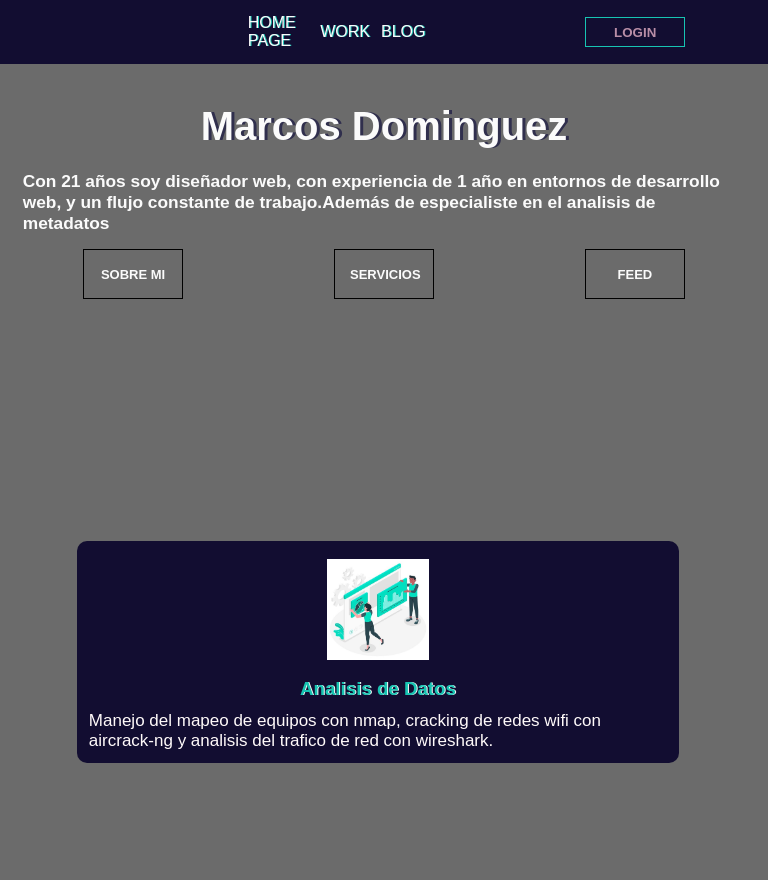
Repository: Sxcram02/Portfolio2
Page: http://localhost/
The author's editor kept a copy of each file at every save. The page is drawn from the files as they stood at one save, then again after the next save.
The browser window is 768 px wide. The pictures show the whole page.
Some web fonts or font styles are not loaded; a fallback is used. The page is run by PHP 8.4 with error messages shown; the project is at /var/www/html/.

Above is the page before, as saved 2023-05-14 17:49:33.

### index.php
<?php
include("./public/objects/clases.inc.php");

session_start();

if ($_SERVER['REQUEST_METHOD'] == 'POST' and isset($_POST['LOGIN'])) {
    $logIn = $_POST['LOGIN'];
    if (isset($logIn)) {
        $_SESSION['user'] = $sesion;
        header("Location: ./public/src/login.php");
        exit();
    }
}


?>
<!DOCTYPE html>
<html lang="es">

<head>
    <meta charset="UTF-8">
    <meta http-equiv="X-UA-Compatible" content="IE=edge" />
    <meta name="viewport" content="width=device-width, initial-scale=1.0" />
    <link rel="shortcut icon" href="media/logo2.png" type="image/x-icon" />
    <link rel="stylesheet" href="styles/index.css" type="text/css" />
    <link rel="stylesheet" href="https://unpkg.com/boxicons@latest/css/boxicons.min.css">
    <title>Home Page</title>
</head>

<body>
    <div id="root">
        <header class="box-nav-bar">
            <a href="/index.php"><h3 class="nav-title">M a r c o s</h3></a>
            <nav class="nav-bar">
                <ul>
                    <a href="index.php"><li>Home Page</li></a>
                    <a href="/public/src/assets/work.php"><li>Work</li></a>
                    <a href="/public/src/assets/blog.php"><li>Blog</li></a>
                </ul>
            </nav>
            <form action="#" method="POST">
                <input type="submit" name="LOGIN" id="LOGIN" value="login" />
            </form>
        </header>
        <main class="container">
        <script src="/public/funciones/funciones.inc.js"></script>
            <section id="home_page">
                <article class="box-name">
                    <h1 class="title">Hola!,Yo soy</h1>
                    <label id="box-ui-ux">UI/UX</label>
                </article>
                <h2 class="title">Marcos Dominguez</h2>
                <article class="box-presentation">
                    <p>Con 21 años soy diseñador web, con experiencia de 1 año en entornos de desarrollo web, y un flujo constante de trabajo.Además de especialiste en el analisis de metadatos</p>
                    <div class="box-inputs">
                        <button onclick="mostrarApartado('box-services','box-aboutMe')">Sobre Mi</button>
                        <button onclick="mostrarApartado('box-aboutMe','box-services')">Servicios</button>
                        <a href="./public/src/assets/feed.xml" target="_blank" rel="noopener noreferrer"><button>Feed</button></a>
                    </div>
                </article>
            </section>
            <section id="box-services">
                <div id="services">
                    <article id="analisisDatos">
                        <img src="./media/Ilustración del concepto de análisis de configuración Vector Gratis.jpeg" alt="analisisDatos" />
                        <h3>Analisis de Datos</h3>
                        <p>Manejo del mapeo de equipos con nmap, cracking de redes wifi con aircrack-ng y analisis del trafico de red con wireshark.</p>
                    </article>
                    <article>
                        <img src="./media/Estudio socioeconómico para qué sirve, partes y ejemplo.png" alt="" />
                        <h3>Administrador de Sistemas</h3>
                        <p>Supervisión del flujo de datos entre los usuarios de una red y mantenimiento del sistema</p>
                    </article>
                    <article>
                        <img src="./media/Tips To Help Designers Work Better With Coders - Web Design Ledger.jpeg" alt="" />
                        <h3>Desarrollador Web</h3>
                        <p>Control en la programación de PHP con MySQL o MongoDB, diseñador con HTML5, CSS3 o React con JavaScript</p>
                    </article>
                    <article>
                        <img src="./media/superkid-robot-copy.gif" alt="superRobot" id="robot3D" />
                        <h3>Modelador 3D</h3>
                        <p>Modelador 3D de diseño aplicados a la web con Spline, y en modelos mas complejos 3dsMax y Zbrush</p>
                    </article>
                </div>
            </section>
            <section id="box-aboutMe">
                <div id="aboutMe">
                    <h1>Cronología</h1>
                    <hr class="hr" />
                    <article class="box-signatures">
                        <div class="signature1">
                            <i class='bx bx-radio-circle-marked' style='color:#17c3b2'></i>
                            <h3>Titulación ESO y BACHILLER</h3>
                            <img src="./media/chesterton.jpeg" alt="colegio1">
                            <img src="./media/agustinos.jpeg" alt="colegio2">
                            <p>2013-2020</p>
                        </div>
                        <div class="signature2">
                            <i class='bx bx-radio-circle-marked' style='color:#17c3b2'></i>
                            <h3>2º Años en Grado de Derecho</h3>
                            <img src="./media/unir.jpg" alt="universidad">
                            <p>2021-2022</p>
                        </div>
                        <div class="signature3">
                            <i class='bx bx-radio-circle-marked' style='color:#17c3b2'></i>
                            <h3>Grado Superior DAW</h3>
                            <img src="./media/cifp.png" alt="centroFormativo">
                            <p>2022-2024</p>
                        </div>
                        <div class="signature4">
                            <i class='bx bx-radio-circle-marked' style='color:#17c3b2'></i>
                            <h3>Curso de Git</h3>
                            <img src="./media/angulo.jpg" alt="CentroPrivado">
                            <p>2023-2023</p>
                        </div>
                        <div class="signature5">
                            <i class='bx bx-radio-circle-marked' style='color:#17c3b2'></i>
                            <h3>Curso de Animacion 3D</h3>
                            <img src="./media/comercio.png" alt="EntidadPublica">
                            <p>2023-2023</p>
                        </div>
                    </article>
                </div>
            </section>
            <section id="my_photo"></section>
        </main>
    </div>

</body>

</html>

### styles/index.css

/* -----------------------------------------------------------*/
/* -----------------------------------------------------------*/
/* AJUSTES GENERALES */
/* 1. HEADER
/* 2. PRIMERA PAGINA
/*  2.1 SECCION 1
/*  2.2 SECCION 2
/*  2.3 SECCION 3
/*  2.4 SECCION 4
/* 3. PAGINA DE MIS TRABAJOS
/* 4. PAGINA DE MI BLOG
/* 5. PAGINA FORMULARIO LOGIN
/* 6. PAGINA CREAR POST
/* -----------------------------------------------------------*/
/* -----------------------------------------------------------*/

* {
    margin: 0;
    padding: 0;
    list-style: none;
    box-sizing: border-box;
    font-family: 'Poppins', sans-serif;
}

a, a:active, a:visited, a:enabled {
    color: var(--blanco);
    text-decoration: none;
}

@font-face {
    font-family: 'Poppins';
    src: url("../fonts/*");
}

:root {
    --violeta-ruso: #120D31;
    --cadet-space: #302F4D;
    --verde-claro-oceano:#17C3B2;
    --indigo-tropical:#9395D3;
    --blanco:#FBFBFB;
}

body {
    display: flex;
    flex-direction: column;
    align-items: center;
    justify-content: space-between;
}

#root {
    width: 100vw;
    height: 100vh;
}


/* -----------------------------------------------------------*/
/* -----------------------------------------------------------*/
/* HEADER */
/* -----------------------------------------------------------*/
/* -----------------------------------------------------------*/

.box-nav-bar {
    width: 100vw;
    height: 4rem;
    padding: 1%;
    background-color: var(--violeta-ruso);
    color: snow;
    display: flex;
    align-items: center;
    justify-content: space-between;
}

.nav-title {
    text-shadow: 1px 0px 0px var(--verde-claro-oceano);
    text-transform: uppercase;
    font-size: 20px;
    font-weight: 700;
    cursor: pointer;
}

.nav-bar ul {
    text-transform: uppercase;
    width: 350px;
    font-size: 20px;
    display: flex;
    align-items: center;
    justify-content: space-around;
}

.nav-bar ul li {
    cursor: pointer;
    text-shadow: 1px 0px 0px var(--verde-claro-oceano);
}

.nav-bar ul li:hover {
    color: var(--verde-claro-oceano);
    text-shadow: 1px 0px 0px var(--indigo-tropical);
    transition: all 0.5s;
}

#LOGIN {
    width: 125px;
    height: 30px;
    margin: 2%;
    color: #B98EA7;
    background: none;
    border: 1px solid var(--verde-claro-oceano);
    text-transform: uppercase;
    font-weight: 800;
    cursor: pointer;
}

#LOGIN:hover {
    background-color: var(--verde-claro-oceano);
    color: var(--blanco);
    transition: all 0.3s;
}

@media screen and (max-width:800px) {
    .box-nav-bar {
        justify-content: space-around;
    }

    .nav-title {
        display: none;
    }

    .nav-bar ul {
        width: 100%;
        justify-content: flex-start;
        font-size: 16px;
    }

    .nav-bar ul li {
        margin: 0 5%;
    }

    .nav-bar ul a {
        margin: 1%;
        padding: 2%;
    }

    #LOGIN {
        width: 100px;
        margin-right: 5%;
    }
}

/* -----------------------------------------------------------*/
/* -----------------------------------------------------------*/
/* PRIMERA PÁGINA */
/* -----------------------------------------------------------*/
/* -----------------------------------------------------------*/

.container {
    width: 100%;
    display: grid;
    grid-template-columns: repeat(3,1fr);
    grid-template-rows: repeat(2,1fr);
}

.container section {
    width: 100%;
    height: 100%;
}

@media screen and (max-width:800px) {

    #root {
        height: 110vh;
        overflow-x: hidden;
    }

    .container {
        width: 100%;
        height: 93%;
        display: flex;
        flex-direction: column;
        justify-content: space-around;
        background-color: rgba(0, 0, 0, 0.579);
        color: #FBFBFB;
    }

    #home-page {
        height: 60vh;
    }

    #home_page .box-presentation {
        flex-direction: column;
    }

    #home_page .box-presentation p {
        width: 100%;
    }

    #home_page .box-name {
        display: none;
    }

    #home_page .box-inputs {
        width: 100%;
        justify-content: space-around;
    }

    #home_page .box-inputs button {
        width: 100px;
        font-size: 13px;
        color: #FBFBFB;
    }

    #box-services {
        height: 50vh;
        padding: 10%;
    }

    #services {
        width: 100%;
        height: 100%;
        display: flex;
        align-items: center;
        flex-direction: column;
        overflow-y: scroll;
    }

    .container #services article {
        width: 100%;
        margin-bottom: 5%;
        padding: 1%;
    }

    .container #services article:hover {
        animation: none;
    }

    #box-aboutMe {
        height: 50%;

    }

    #my_photo {
        display: none;
    }



}

/* -----------------------------------------------------------*/
/* -----------------------------------------------------------*/
/* SECCION 1 */
/* -----------------------------------------------------------*/
/* -----------------------------------------------------------*/

#home_page {
    height: 40vh;
    grid-column: 1/3;
    grid-row: 1/2;
    padding: 1%;
    display: flex;
    flex-direction: column;
    align-items: center;
}

.box-name {
    width: 70%;
    margin: 1%;
    text-align: center;
    display: flex;
    align-items: center;
}

.title {
    padding: 1%;
    font-size: 40px;
    font-weight: 800;
    text-shadow: 3px 0px 0px var(--cadet-space);
}

#box-ui-ux {
    width: 75px;
    height: 35px;
    padding: 1%;
    text-align: center;
    font-size: 15px;
    font-weight: 800;
    color: snow;
    background: linear-gradient(180deg, var(--indigo-tropical),var(--verde-claro-oceano));
    border-radius: 20px;
}

.box-presentation {
    display: flex;
    align-items: center;
}

.box-presentation p {
    width: 50%;
    padding: 2%;
    font-size: 13pt;
    font-weight: 600;
}

.box-inputs {
    width: 50%;
    display: flex;
    align-items: center;
    justify-content: space-around;
}

.box-inputs button {
    width: 150px;
    height: 50px;
    padding: 2%;
    border: 1px solid black;
    background: none;
    font-size: 15pt;
    font-weight: 800;
    text-transform: uppercase;
    cursor: pointer;
}

.box-inputs button:hover {
    background-color: var(--verde-claro-oceano);
    box-shadow: 0px 0px 7px var(--indigo-tropical);
    transition: all 0.3s;
}


/* -----------------------------------------------------------*/
/* -----------------------------------------------------------*/
/* SECCION 2 */
/* -----------------------------------------------------------*/
/* -----------------------------------------------------------*/

#box-services {
    grid-column: 1/3;
    grid-row: 2/3;
    width: 100%;
}

#services {
    padding: 1%;
    color: snow;
    display: flex;
}

#services img {
    width: 125px;
    height: 125px;
    padding: 2%;
}

#services article {
    width: 50%;
    height: 100%;
    margin-right: 2%;
    padding: 2%;
    background-color: var(--violeta-ruso);
    border-radius: 10px;
    display: flex;
    flex-direction: column;
    align-items: center;
    text-align: center;
    cursor: pointer;
}

#services article:hover {
    background-color: var(--cadet-space);
    box-shadow: 0px 0px 5px var(--verde-claro-oceano);
    animation: goUp 1.5s both;
    transition: all 0.4s;
}

@keyframes goUp {
    to {
        translate: 0 -20%;
    }
}

#services article h3 {
    color: var(--verde-claro-oceano);
    text-shadow: 1px 0px 0px var(--blanco);
    padding: 1%;
}

#services article:hover h3 {
    color: var(--indigo-tropical);
}

#services article p {
    padding: 1%;
    font-size: 17px;
    text-align: start;
}

#robot3D {
    width: 300px;
    height: 175px;
}


/* -----------------------------------------------------------*/
/* -----------------------------------------------------------*/
/* SECCION 3 */
/* -----------------------------------------------------------*/
/* -----------------------------------------------------------*/

#box-aboutMe {
    display:none;
    grid-column: 1/3;
    grid-row: 2/4;
}

#aboutMe {
    height: 100%;
    display: flex;
    flex-direction: column;
    align-items: center;
    justify-content: space-between;
}

#aboutMe h1 {
    width: 100%;
    text-align: center;
    text-transform: uppercase;
    font-weight: 800;
}

#aboutMe hr {
    width: 90%;
    height: 15px;
    color: var(--violeta-ruso);
    background-color: var(--violeta-ruso);
    box-shadow: 0px 0px 5px var(--verde-claro-oceano);
}

.box-signatures {
    width: 90%;
    display: grid;
    grid-template-columns: repeat(5,1fr);
    grid-template-rows: repeat(3,1.4fr);
    text-align: center;
    row-gap: 5px;
}

.box-signatures i {
    font-size: 40px;
}

.box-signatures div {
    display: flex;
    flex-direction: column;
    align-items: center;
}

.box-signatures div img {
    width: 50px;
    height: 50px;
}

@media screen and (max-width:800px){


    .box-signatures {
        display: flex;
        flex-direction: column;
        align-items: center;
        justify-content: space-around;
        overflow-y: scroll;
    }

    .box-signatures div {
        display: flex;
        align-items: center;
        justify-content: space-around;
    }
}

/*--------------------------------------------------------*/
/*--------------------------------------------------------*/
/* GRID COMPONENTS */
/*--------------------------------------------------------*/
/*--------------------------------------------------------*/

.signature1 {
    grid-column: 1/2;
    grid-row: 1/3;
}

.signature2 {
    grid-column: 2/3;
    grid-row: 1/3;
}

.signature3 {
    grid-column: 3/4;
    grid-row: 1/3;
}

.signature4 {
    grid-column: 4/5;
    grid-row: 1/3;
}

.signature5 {
    grid-column: 5/6;
    grid-row: 1/3;
}



/* -----------------------------------------------------------*/
/* -----------------------------------------------------------*/
/* SECCION 4 */
/* -----------------------------------------------------------*/
/* -----------------------------------------------------------*/

#my_photo {
    grid-column: 3/4;
    grid-row: 1/3;
    background-image: url("../media/guerrero-en-47-ronin_2048x1536_xtrafondos.com.jpg");
    background-position: center;
    background-size: cover;
    object-fit: cover;
}


/* -----------------------------------------------------------*/
/* -----------------------------------------------------------*/
/* PAGINA DE MIS TRABAJOS */
/* -----------------------------------------------------------*/
/* -----------------------------------------------------------*/

#root2 {
    width: 100vw;
    background: linear-gradient(180deg,transparent,var(--cadet-space),var(--violeta-ruso));
    display: flex;
    flex-direction: column;
    align-items: center;
    justify-content: center;
}

.title2 {
    width: 100vw;
    font-size: 40px;
    color:black;
    text-shadow: 2px 0px 7px var(--indigo-tropical);
    text-align: center;
}

.container2 {
    width: 100%;
    height: 100vh;
    padding: 1%;
    display: grid;
    grid-template-columns: repeat(3,1.4fr);
    grid-template-rows: repeat(2,1fr);
    row-gap: 10px;
}

.container2 section {
    width: 90%;
    height: 300px;
    padding: 1%;
    display: flex;
    flex-direction: column;
    align-items: center;
    justify-content: space-around;
    background-color: var(--violeta-ruso);
    border-radius: 10px;
    box-shadow: 0px 0px 10px var(--indigo-tropical);
    cursor: pointer;
}

.container2 h1 {
    text-transform: uppercase;
    font-size: 25px;
    font-weight: 900;
}


.container2 img {
    width: 250px;
    height: 150px;
}

@media screen and (max-width:800px) {
    .container2 {
        display: flex;
        align-items: center;
        flex-direction: column-reverse;
        overflow-y: scroll;
    }

    .container2 section {
        text-align: center;
        width: 250px;
    }

    .container2 img {
        width: 100px;
        height: 100px;
    }
}

/*--------------------------------------------------------*/
/*--------------------------------------------------------*/
/* GRID COMPONENTS */
/*--------------------------------------------------------*/
/*--------------------------------------------------------*/

@keyframes updateScale {
    to {
        scale: 0.9;
    }
}

.work1 {
    grid-column: 1/2;
    grid-row: 1/2;
}

.work1:hover {
    box-shadow: 0px 0px 5px var(--verde-claro-oceano);
    background-color: rgba(255, 166, 0, 0.882);
    animation: updateScale 0.6s both;
    transition: all 0.4s;
}

.work2 {
    grid-column: 2/3;
    grid-row: 1/2;
}

.work2:hover {
    box-shadow: 0px 0px 5px var(--violeta-ruso);
    background-color: rgba(0, 170, 255, 0.858);
    animation: updateScale 0.6s both;
    transition: all 0.4s;
}

.work3 {
    grid-column: 1/2;
    grid-row: 2/3;
}

.work3:hover {
    box-shadow: 0px 0px 5px var(--violeta-ruso);
    background-color: rgba(25, 172, 37, 0.806);
    animation: updateScale 0.6s both;
    transition: all 0.4s;
}

.work4 {
    grid-column: 2/3;
    grid-row: 2/3;
}

.work4:hover {
    box-shadow: 0px 0px 5px var(--verde-claro-oceano);
    background-color: rgba(170, 0, 255, 0.85);
    animation: updateScale 0.6s both;
    transition: all 0.4s;
}

.work5 {
    grid-column: 3/4;
    grid-row: 1/2;
}

.work5:hover {
    box-shadow: 0px 0px 5px var(--violeta-ruso);
    background-color: rgba(255, 0, 51, 0.85);
    animation: updateScale 0.6s both;
    transition: all 0.4s;
}

.work6 {
    grid-column: 3/4;
    grid-row: 2/3;
}

.work6:hover {
    box-shadow: 0px 0px 5px var(--verde-claro-oceano);
    background-color: rgba(0, 204, 255, 0.85);
    animation: updateScale 0.6s both;
    transition: all 0.4s;
}

/* -----------------------------------------------------------*/
/* -----------------------------------------------------------*/
/* PAGINA DEL BLOG */
/* -----------------------------------------------------------*/
/* -----------------------------------------------------------*/

#root3 {
    width: 100vw;
    background-image: url("./../media/version_5.gif");
    background-size:  cover;
    background-position: center;
    background-repeat: repeat-y;
}


.container3 {
    width: 100%;
    background: linear-gradient(360deg,transparent,#302f4d7f,#120d31);
    display: flex;
    flex-direction: column;
    align-items: center;
    justify-content: space-between;
}

.container3 h1 {
    color: var(--blanco);
    padding: 4%;
    font-size: 35px;
    font-weight: bold;
}

.container3 section {
    width: 100%;
    height: 100%;
    padding: 1%;
    display: flex;
    flex-direction: column;
    align-items: center;
    justify-content: space-around;
}

.container3 section article {
    width: 40%;
    height: 400px;
    margin: 1%;
    padding: 5%;
    border-radius: 20px;
    padding: 1%;
    display: flex;
    flex-direction: column;
    align-items: center;
    justify-content: space-between;
    text-align: center;
    background-color: var(--cadet-space);
}

.container3 section article h1 {
    font-size: 20px;
    text-transform: uppercase;
    font-weight: 700;
}

.container3 section article img {
    width: 200px;
    height: 150px;
}

@media screen and (max-width:800px){
    #root3 .container3 article {
        width: 60%;
        padding: 5%;
    }

    #root3 .container3 img {
        width: 100px;
        height: 100px;
    }
}

/* -----------------------------------------------------------*/
/* -----------------------------------------------------------*/
/* PAGINA FORMULARIO LOGIN */
/* -----------------------------------------------------------*/
/* -----------------------------------------------------------*/

.page2-root {
    width: 100vw;
    height: 100vh;
    background-image: url("./../media/fondo1.gif");
    background-position: center;
    background-size: cover;
    overflow: hidden;
}

.page2-container {
    width: 100%;
    height: 100%;
    background: linear-gradient(180deg,transparent,#302f4d7f,#120d31c2);
    display: flex;
    flex-direction: column;
    align-items: center;
}

.page2-title {
    padding: 1%;
    font-size: 50px;
    font-weight: bold;
    text-transform: uppercase;
    color: var(--cadet-space);
    text-shadow: 2px 0px 0px var(--verde-claro-oceano);
}

.page2-container form {
    margin-top: 10%;
}

.page2-target {
    width: 50%;
    height:50%;
    padding: 2%;
    background: var(--cadet-space);
    box-shadow: 0px 0px 5px var(--verde-claro-oceano);
    border-radius: 10px;
    display: flex;
    flex-direction: column;
    align-items: center;
    justify-content: space-around;
    color: var(--blanco);
    font-size: 20px;
    font-weight: 800;
    text-transform: uppercase;
}

.page2-target input {
    width: 80%;
    height: 35px;
    text-align: center;
    font-size: 12pt;
}

.sent {
    font-size: 20px;
    padding: 1%;
    text-transform: uppercase;
    font-weight: 800;
    background: none;
    border: 2px solid var(--verde-claro-oceano);
    color: var(--verde-claro-oceano);
    text-shadow: 0px 0px 5px var(--verde-claro-oceano);
    cursor: pointer;
}

.sent:hover {
    background-color: var(--verde-claro-oceano);
    color: #FBFBFB;
    text-shadow: 0px 0px 5px #FBFBFB;
    animation: changeScale 0.5s both;

}

@keyframes changeScale {
    to {
        scale: 0.8;
    }
}

/*--------------------------------------------------*/
/*--------------------------------------------------*/
/* PAGINA CREAR POST*/
/*--------------------------------------------------*/
/*--------------------------------------------------*/

#page3-root {
    width: 100vw;
    height: 100vh;
    background-image: url("./../media/fondo1.gif");
    background-size: cover;
    background-position: center;
}

#page3-root form {
    background: linear-gradient(360deg,transparent,#302f4d7f,#120d31);
}

#page3-container {
    width: 100%;
    display: flex;
    flex-direction: column;
    align-items: center;
    padding: 5%;
}

#page3-container section {
    width: 50%;
    height: 50vh;
    padding: 1%;
    display: flex;
    flex-direction: column;
    align-items: center;
    opacity: 80%;
    background-color: var(--cadet-space);
    box-shadow: 0px 0px 7px var(--indigo-tropical);
}

#page3-container section label {
    height: 35px;
    font-size: 20px;
    color: var(--blanco);
    text-transform: uppercase;
    font-weight: 900;
}

#page3-container input[type="text"] {
    max-width: 300px;
    height: 25px;
    margin: 1%;
    font-size: 14px;
    font-weight: 900;
    text-align: center;
    text-transform: uppercase;
    border-radius: 5px;
    border: 1px solid var(--violeta-ruso);
}


@media screen and (max-width:800px) {
    #page3-container section {
        width: 80%;
    }

    #page3-container input[type="file"]{
        width: 100px;
    }
}

Loaded but not shown: public/funciones/funciones.inc.js (7 lines, source omitted); public/objects/clases.inc.php (99 lines, source omitted)

After the next save:
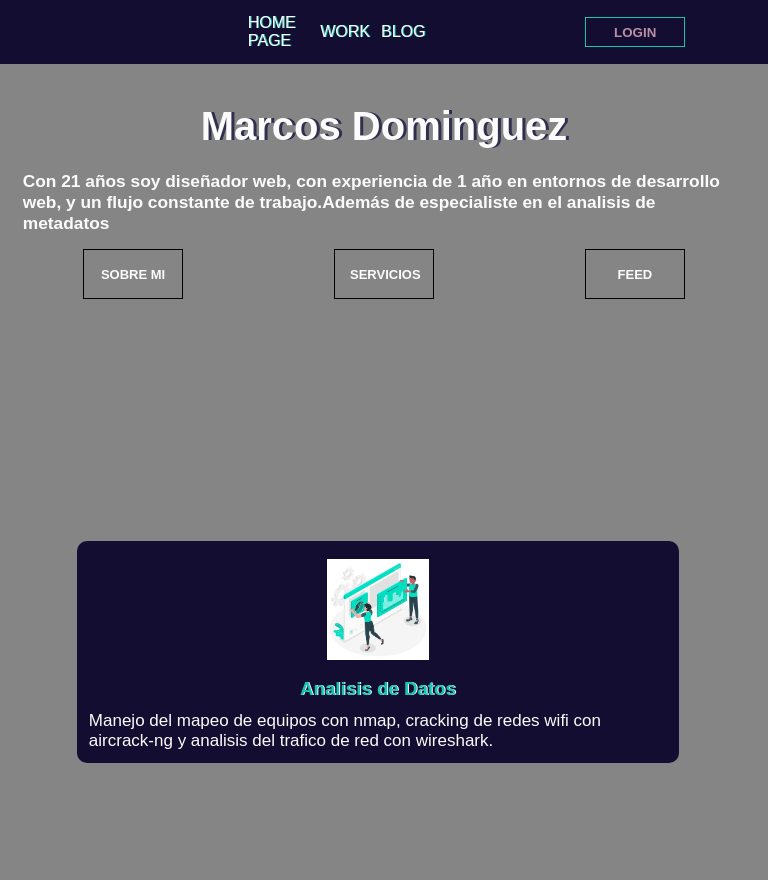
Saved 50 s later.
--- a/styles/index.css
+++ b/styles/index.css
@@ -178,7 +178,7 @@ body {
         display: flex;
         flex-direction: column;
         justify-content: space-around;
-        background-color: rgba(0, 0, 0, 0.579);
+        background-color: rgba(0, 0, 0, 0.479);
         color: #FBFBFB;
     }
 
